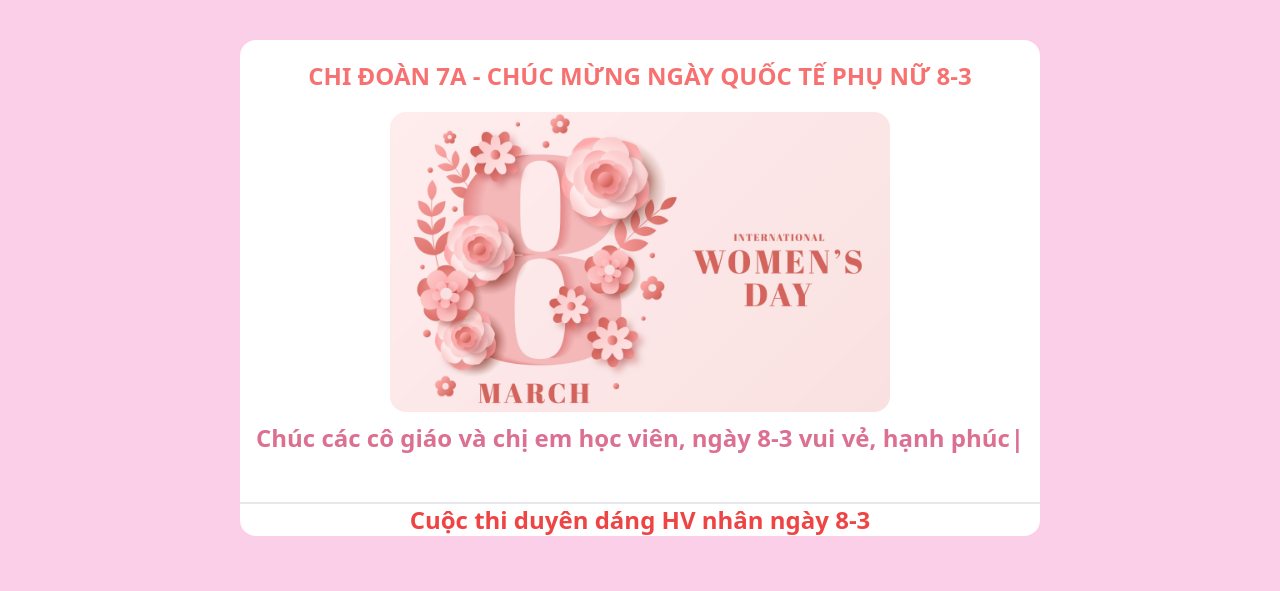
Repository: hoang0508/web-837A
Page: /
An editor plug-in stored every save of this project. The page is shown before and after the next save, followed by the edit.
The browser window is 1280 px wide. The pictures show the whole page.
Some web fonts or font styles are not loaded; a fallback is used. The project was rebuilt for these pictures with package versions that can differ from the ones it lists, and the page was loaded fresh each time. Also part of the build but not shown: vite.config.js.

Above is the page before, as saved 2025-02-28 19:15:34.

After the next save:
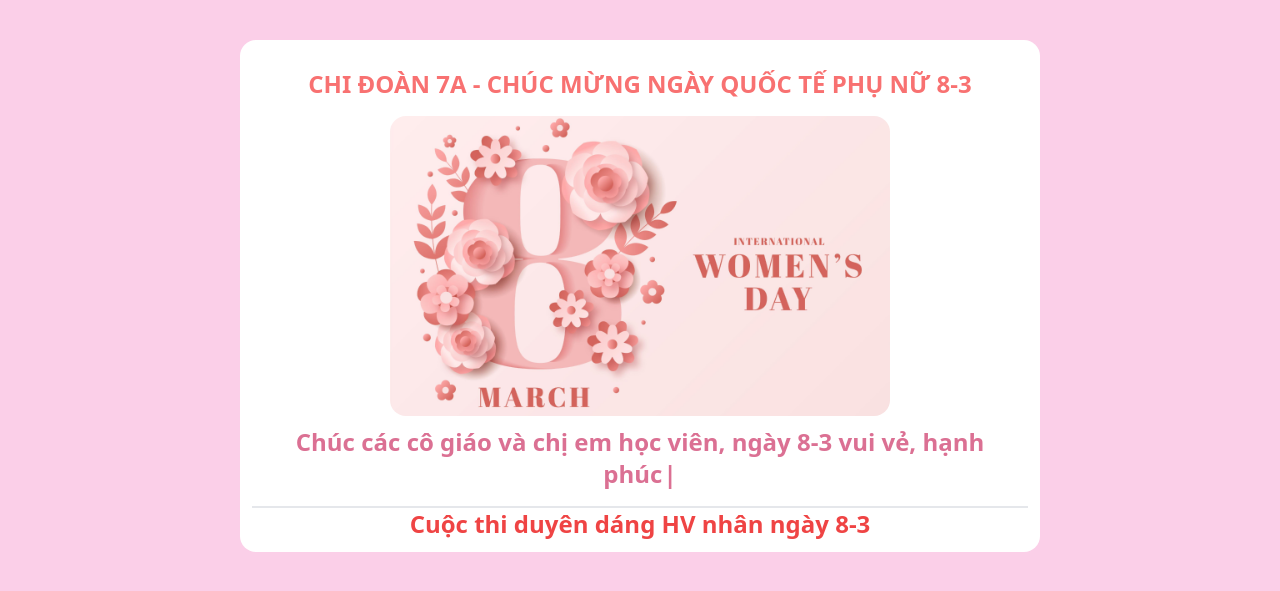
Saved 21 s later.
--- a/src/App.jsx
+++ b/src/App.jsx
@@ -11,8 +11,8 @@ function App() {
   return (
     <>
       <div className="text-2xl font-bold  bg-pink-200 min-h-screen p-10">
-        <div className="bg-white shadow-3xl w-[800px]  my-0 mx-auto rounded-2xl">
-          <h1 className="text-center text-red-400 p-5 uppercase">
+        <div className="bg-white shadow-3xl p-3 w-[800px]  my-0 mx-auto rounded-2xl">
+          <h1 className="text-center text-red-400 p-4 uppercase">
             Chi đoàn 7A - CHÚC MỪNG NGÀY QUỐC TẾ PHỤ NỮ 8-3
           </h1>
           <div className="mx-auto w-[500px] h-[300px]">
